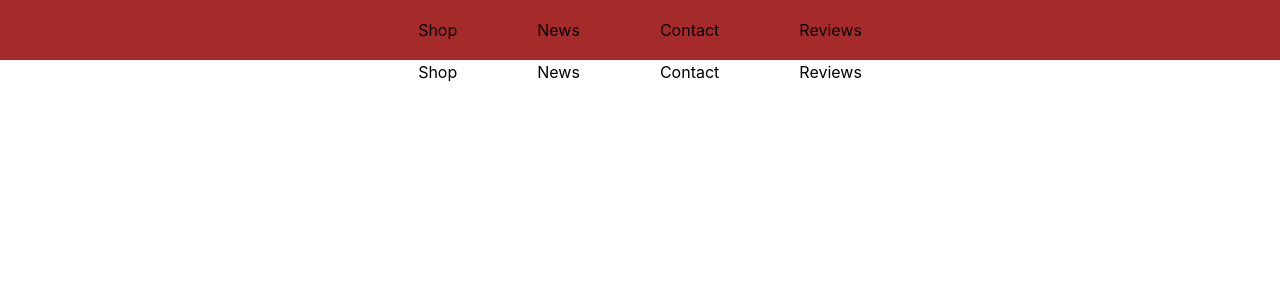
Repository: tusharpasricha/owlsomecoffee
Page: /
These files come from the project's save history. The page is drawn as it stood at one moment and after the next save; the edit follows.
The browser window is 1280 px wide. The pictures show the whole page.
The project was rebuilt for these pictures with package versions that can differ from the ones it lists, and the page was loaded fresh each time.

Above is the page before, as saved 2021-09-27 08:52:49.

After the next save:
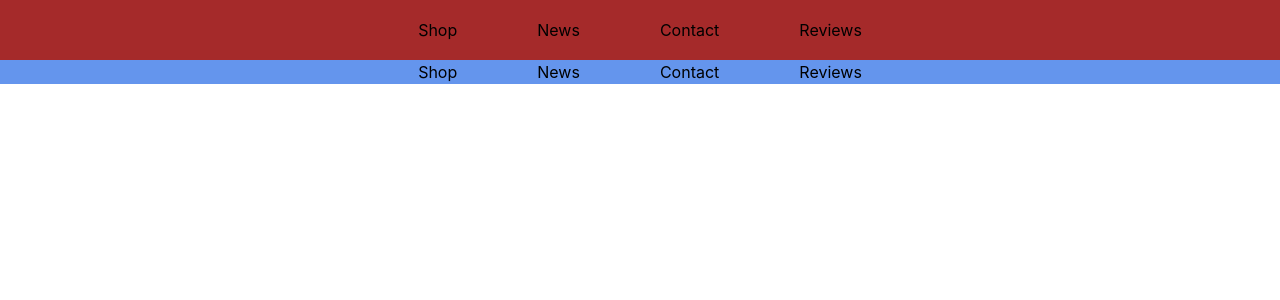
Saved 28 s later.
--- a/src/components/bar.js
+++ b/src/components/bar.js
@@ -1,8 +1,9 @@
 import React from 'react'
+import './bar.css'
 
 const Bar = () => {
     return (
-        <div>
+        <div className="bar">
 <ul>
   <li><a href="default.asp">Shop</a></li>
   <li><a href="news.asp">News</a></li>
